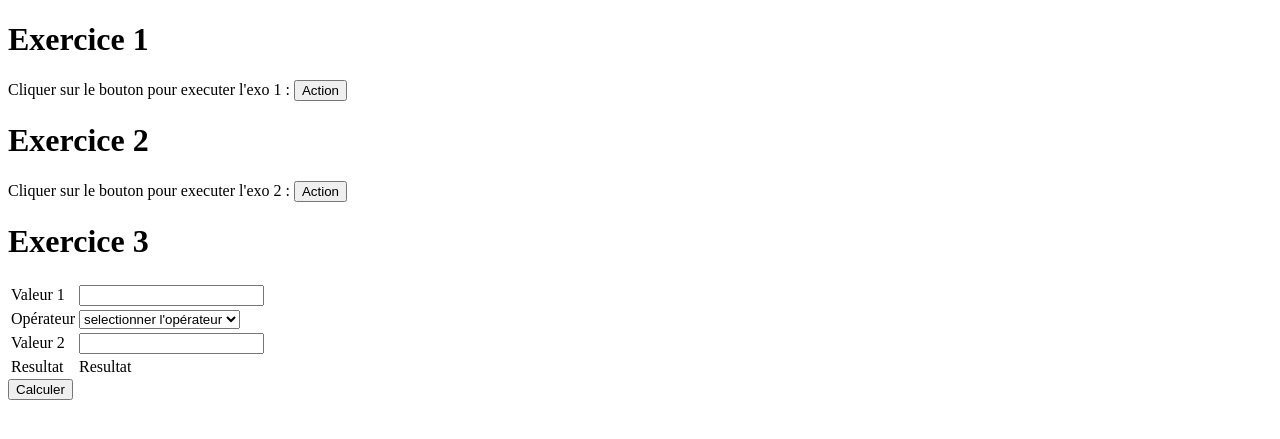
Repository: AgatheLM/formation_js
Page: insee-travaux-js/insee-client-js/exo1.html
These files come from the project's save history. The page is drawn as it stood at one moment and after the next save; the edit follows.
The browser window is 1280 px wide. The pictures show the whole page.

Above is the page before, as saved 2018-01-24 13:14:42.

After the next save:
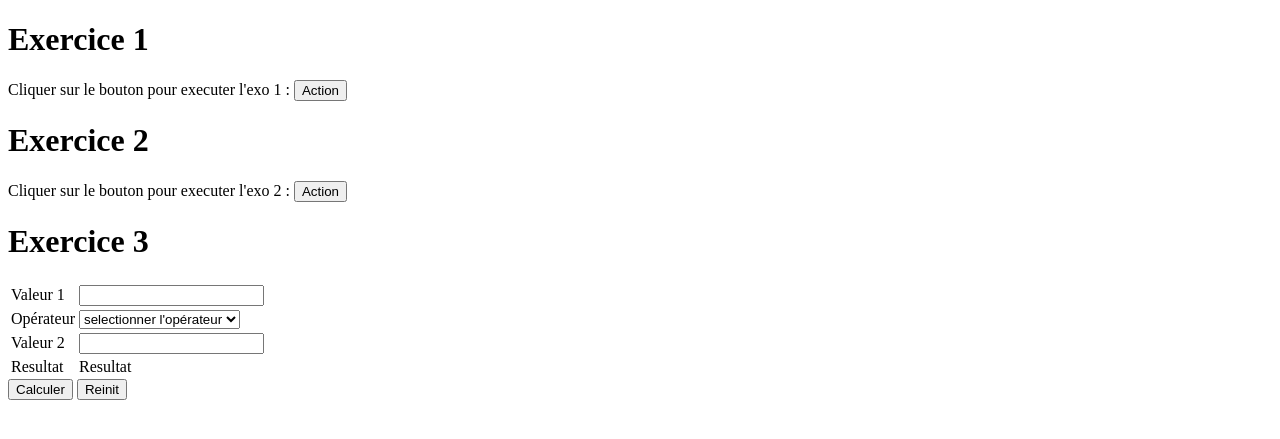
Saved 58 s later.
--- a/insee-travaux-js/insee-client-js/exo1.html
+++ b/insee-travaux-js/insee-client-js/exo1.html
@@ -47,7 +47,7 @@
 			</tr>
 		</table>
 			<input type="button" value="Calculer" onclick="main_exo3()" />
-			<!--  <input type="button" value="Reinit" onclick="main_exo3()" />-->
+			<input type="button" value="Reinit" onclick="main_exo3_reinit()" />
 	</form>
 
 
